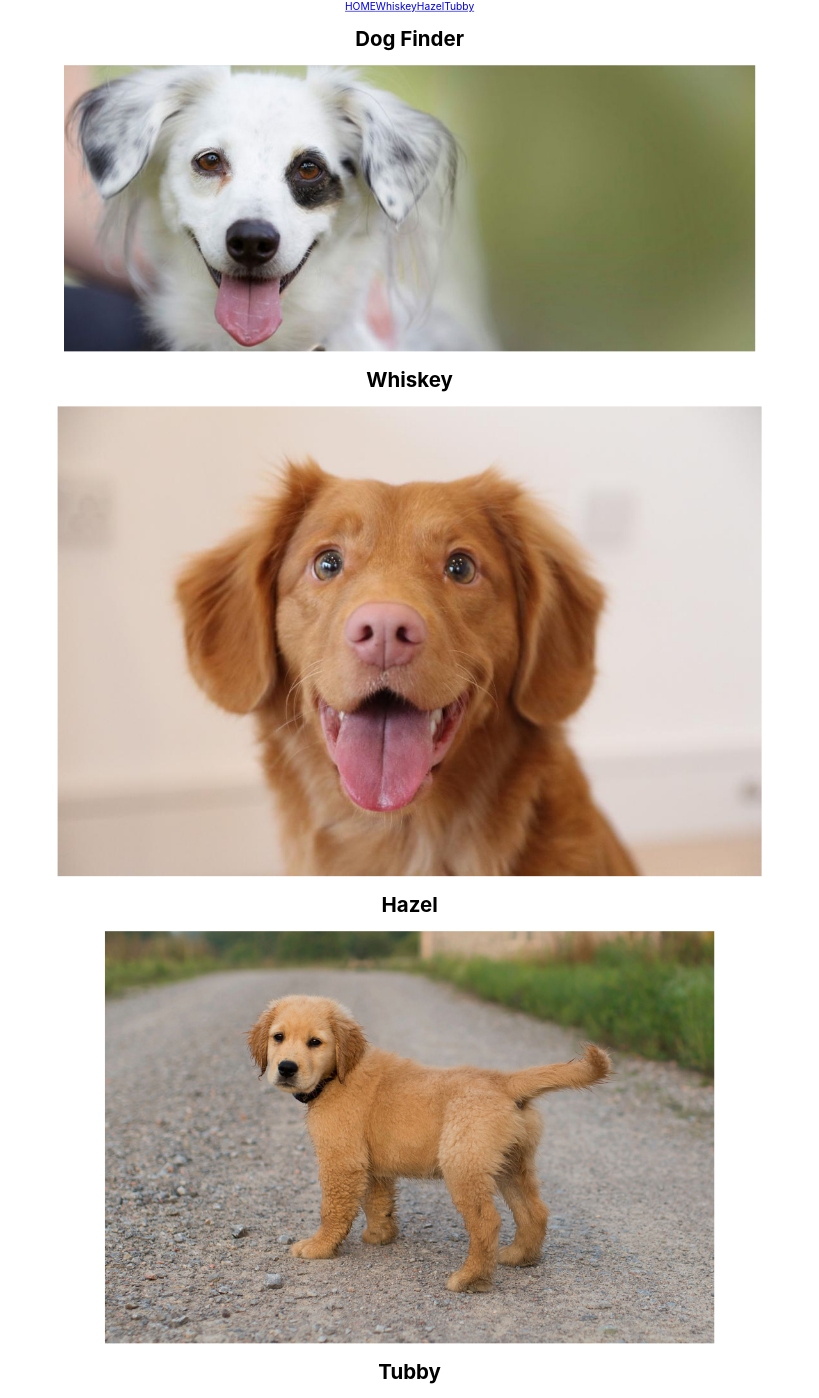
Repository: johnmutina/dog-finder
Page: /dogs
These files come from the project's save history. The page is drawn as it stood at one moment and after the next save; the edit follows.
The browser window is 1280 px wide. The pictures show the whole page, at 64% of full size.
The project was rebuilt for these pictures with package versions that can differ from the ones it lists, and the page was loaded fresh each time.

Above is the page before, as saved 2019-07-28 12:51:28.

### src/App.js
import React, { Component } from "react";
import { Switch, Route, NavLink } from "react-router-dom";
import DogFinder from "./DogFinder";
import Dog from "./Dog";
import "./App.css";

// Import all images in image folder
function importAll(r) {
  let images = {};
  r.keys().map((item, index) => {
    images[item.replace("./", "")] = r(item);
  });
  return images;
}

const images = importAll(
  require.context("./assets", false, /\.(gif|jpe?g|svg)$/)
);

class App extends Component {
  static defaultProps = {
    dogs: [
      {
        name: "Whiskey",
        age: 5,
        src: images["whiskey.jpg"],
        facts: [
          "Whiskey loves eating popcorn.",
          "Whiskey is a terrible guard dog.",
          "Whiskey wants to cuddle with you!"
        ]
      },
      {
        name: "Hazel",
        age: 3,
        src: images["hazel.jpg"],
        facts: [
          "Hazel has soooo much energy!",
          "Hazel is highly intelligent.",
          "Hazel loves people more than dogs."
        ]
      },
      {
        name: "Tubby",
        age: 4,
        src: images["tubby.jpg"],
        facts: [
          "Tubby is not the brightest dog",
          "Tubby does not like walks or exercise.",
          "Tubby loves eating food."
        ]
      }
    ]
  };

  render() {
    return (
      <div className="App">
        {/* NAVBAR */}
        <div className="App-navbar">
          <NavLink to="/dogs" activeClassName="App-active-navlink">
            HOME
          </NavLink>
          {this.props.dogs.map(dog => (
            <NavLink
              key={dog.name}
              to={`/dogs/${dog.name}`}
              activeClassName="App-active-navlink"
            >
              {dog.name}
            </NavLink>
          ))}
        </div>

        {/* ROUTES SETUP */}
        <h1>Dog Finder</h1>
        <Switch>
          <Route
            exact
            path="/dogs"
            render={routeProps => (
              <DogFinder dogs={this.props.dogs} {...routeProps} />
            )}
          />
          <Route
            exact
            path="/dogs/:name"
            render={routeProps => (
              <Dog
                {...this.props.dogs.filter(
                  dog => dog.name == routeProps.match.params.name
                )[0]}
                {...routeProps}
              />
            )}
          />
          <Route component={DogFinder} />
        </Switch>
      </div>
    );
  }
}

export default App;

### src/DogFinder.js
import React, { Component } from "react";
import Dog from "./Dog";

class DogFinder extends Component {
  render() {
    return (
      <div>
        {console.log(this.props)}
        {this.props.dogs.map(dog => (
          <Dog key={dog.name} {...dog} />
        ))}
      </div>
    );
  }
}

export default DogFinder;

### src/Dog.js
import React, { Component } from "react";

class Dog extends Component {
  render() {
    return (
      <div>
        {console.log(this.props)}
        <img src={this.props.src} alt={`${this.props.name}`} />
        <h1>{this.props.name}</h1>
      </div>
    );
  }
}

export default Dog;

Loaded but not shown: public/index.html (common file); src/index.js (common file); src/index.css (common file); src/serviceWorker.js (common file); src/App.css (common file)

After the next save:
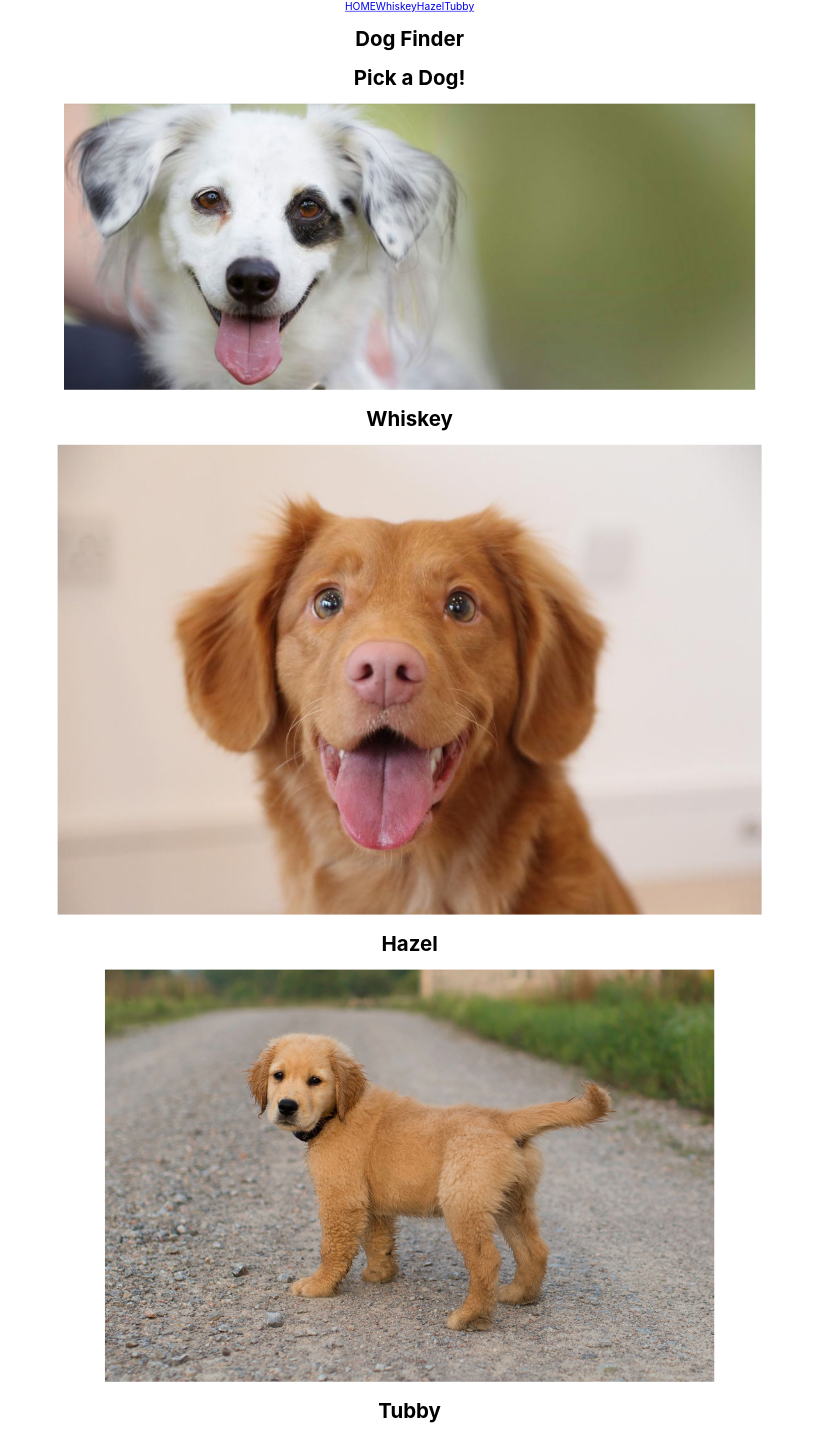
Saved 96 s later.
--- a/src/DogFinder.js
+++ b/src/DogFinder.js
@@ -5,7 +5,7 @@ class DogFinder extends Component {
   render() {
     return (
       <div>
-        {console.log(this.props)}
+        <h1>Pick a Dog!</h1>
         {this.props.dogs.map(dog => (
           <Dog key={dog.name} {...dog} />
         ))}

After the save that followed:
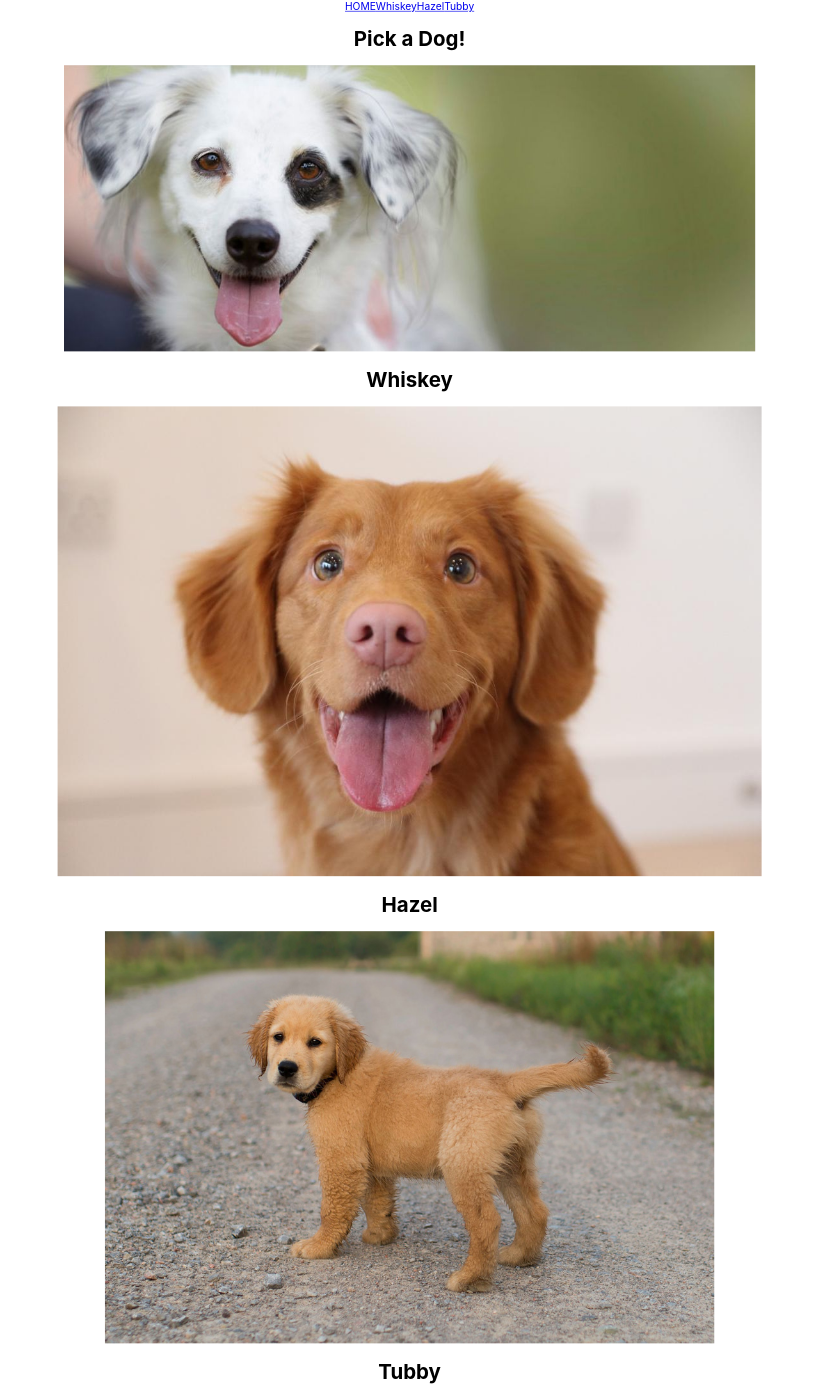
Saved 8 s later.
--- a/src/App.js
+++ b/src/App.js
@@ -73,7 +73,7 @@ class App extends Component {
         </div>
 
         {/* ROUTES SETUP */}
-        <h1>Dog Finder</h1>
+
         <Switch>
           <Route
             exact
